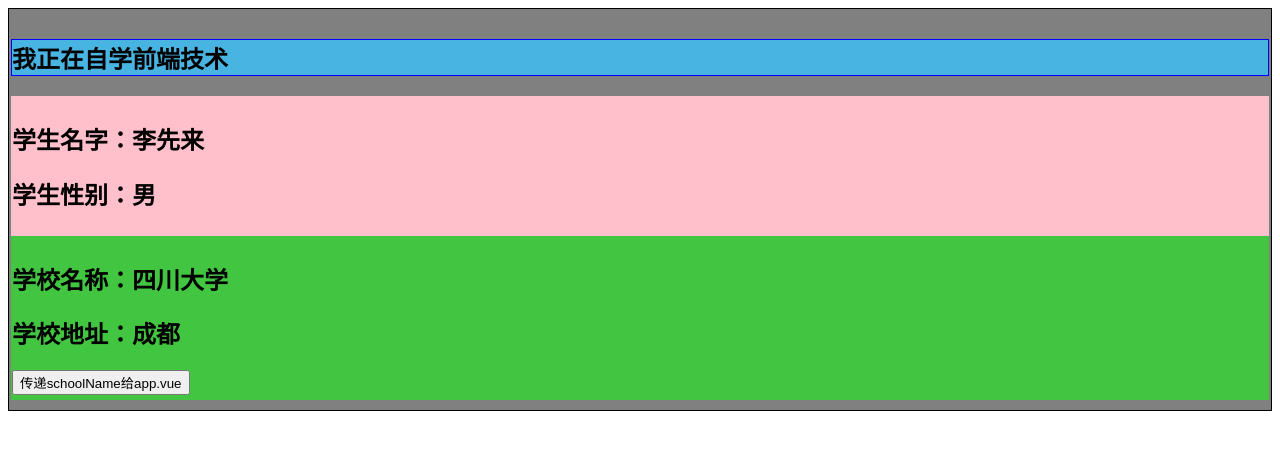
Repository: Lixianlai-2/The-journey-of-learning-Vue
Page: / (app in afterVueCli/Vue_Test/)
An editor plug-in stored every save of this project. The page is shown before and after the next save, followed by the edit.
The browser window is 1280 px wide. The pictures show the whole page.
The project was rebuilt for these pictures with package versions that can differ from the ones it lists, and the page was loaded fresh each time.

Above is the page before, as saved 2022-04-24 09:27:48.

After the next save:
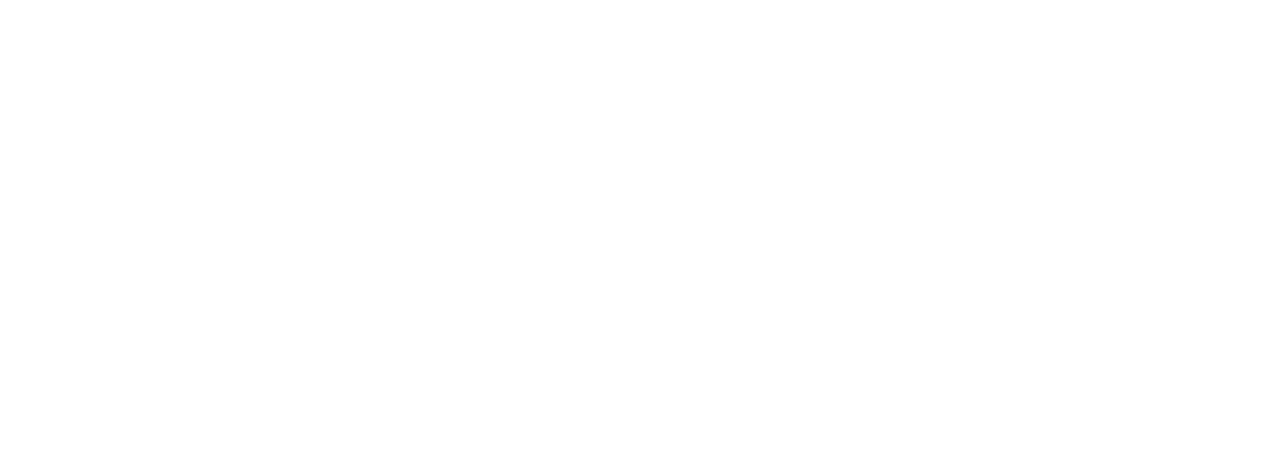
Console error: ReferenceError: send is not defined
Saved 13 s later.
--- a/afterVueCli/Vue_Test/src/App.vue
+++ b/afterVueCli/Vue_Test/src/App.vue
@@ -2,7 +2,7 @@
   <div id="app">
     <h2 class="hello">{{ msg }}</h2>
     <student />
-    <school />
+    <school :getSchoolName="getSchoolName" />
   </div>
 </template>
 
--- a/afterVueCli/Vue_Test/src/components/school.vue
+++ b/afterVueCli/Vue_Test/src/components/school.vue
@@ -15,7 +15,9 @@
     };
   },
   props: ["getSchoolName"],
-  methods: {},
+  methods: {
+    send,
+  },
 };
 </script>
 

After the save that followed:
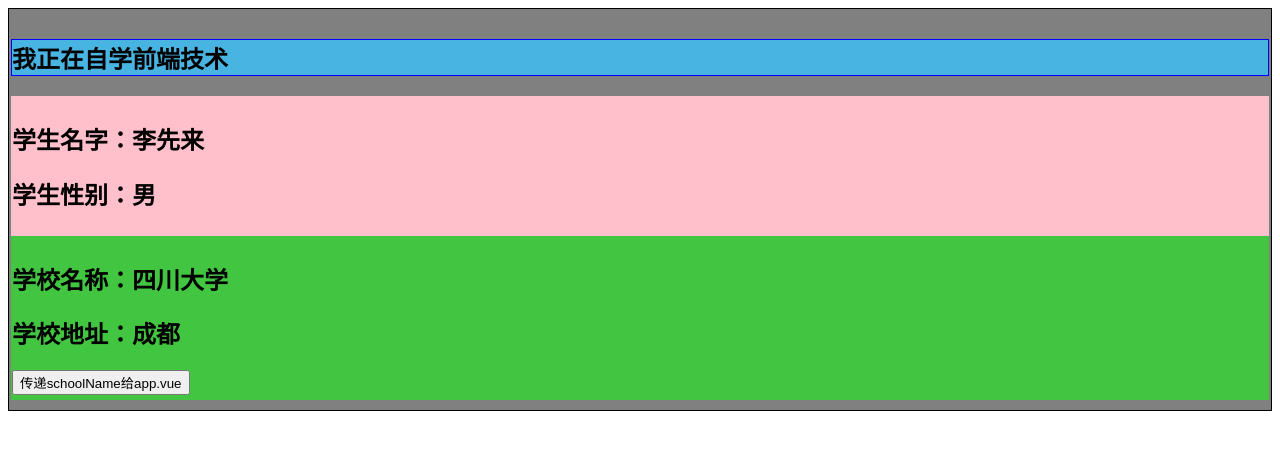
The error is gone.
Saved 46 s later.
--- a/afterVueCli/Vue_Test/src/components/school.vue
+++ b/afterVueCli/Vue_Test/src/components/school.vue
@@ -16,7 +16,9 @@
   },
   props: ["getSchoolName"],
   methods: {
-    send,
+    sendSchoolName() {
+      this.getSchoolName(this.name);
+    },
   },
 };
 </script>
